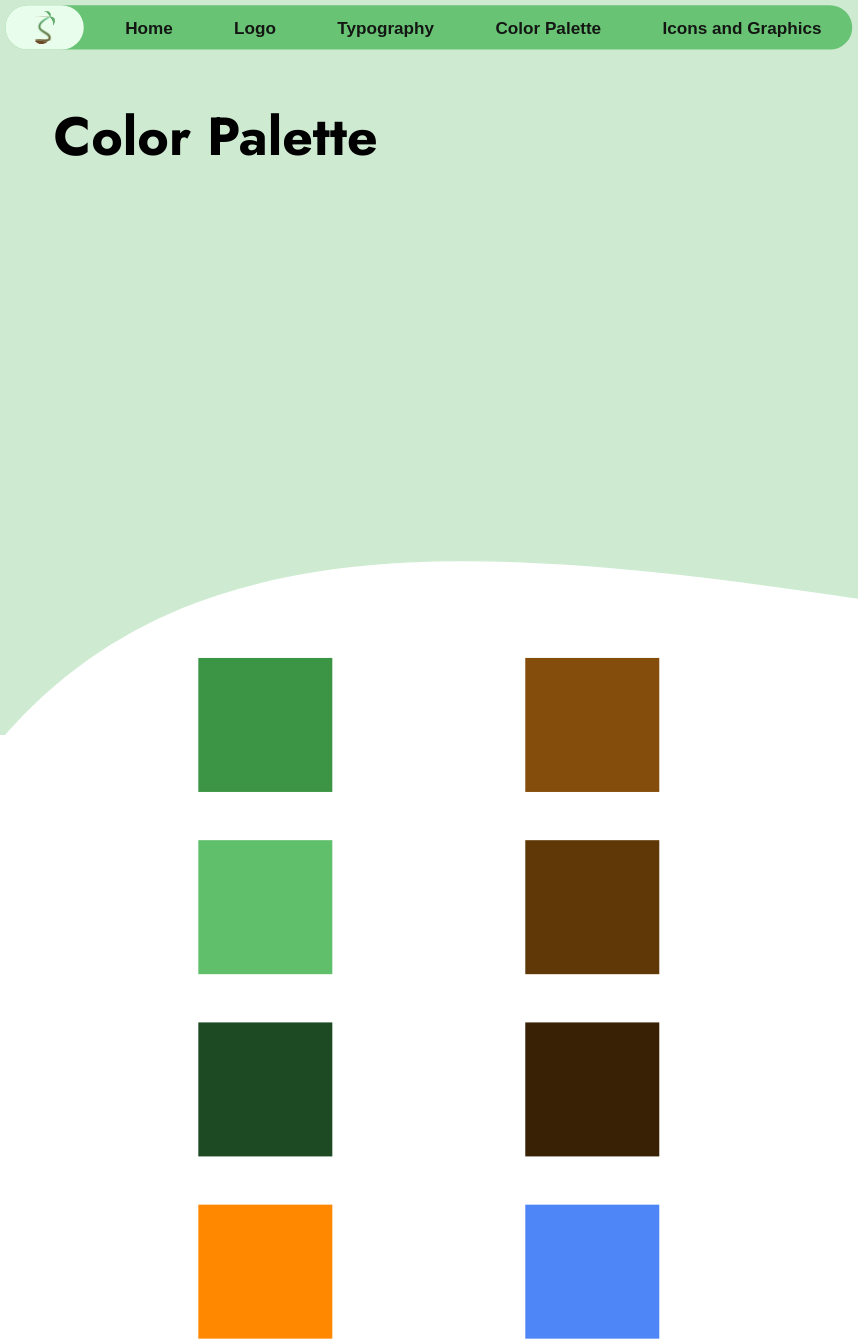
Repository: jjennbui/seedsprout_styleguide
Page: pages/colorPalette.html
These files come from the project's save history. The page is drawn as it stood at one moment and after a run of saves; the edit follows.
The browser window is 1280 px wide. The pictures show the whole page, at 67% of full size.
Some web fonts or font styles are not loaded; a fallback is used.

Above is the page before, as saved 2023-03-11 00:37:17.

After the next 2 saves:
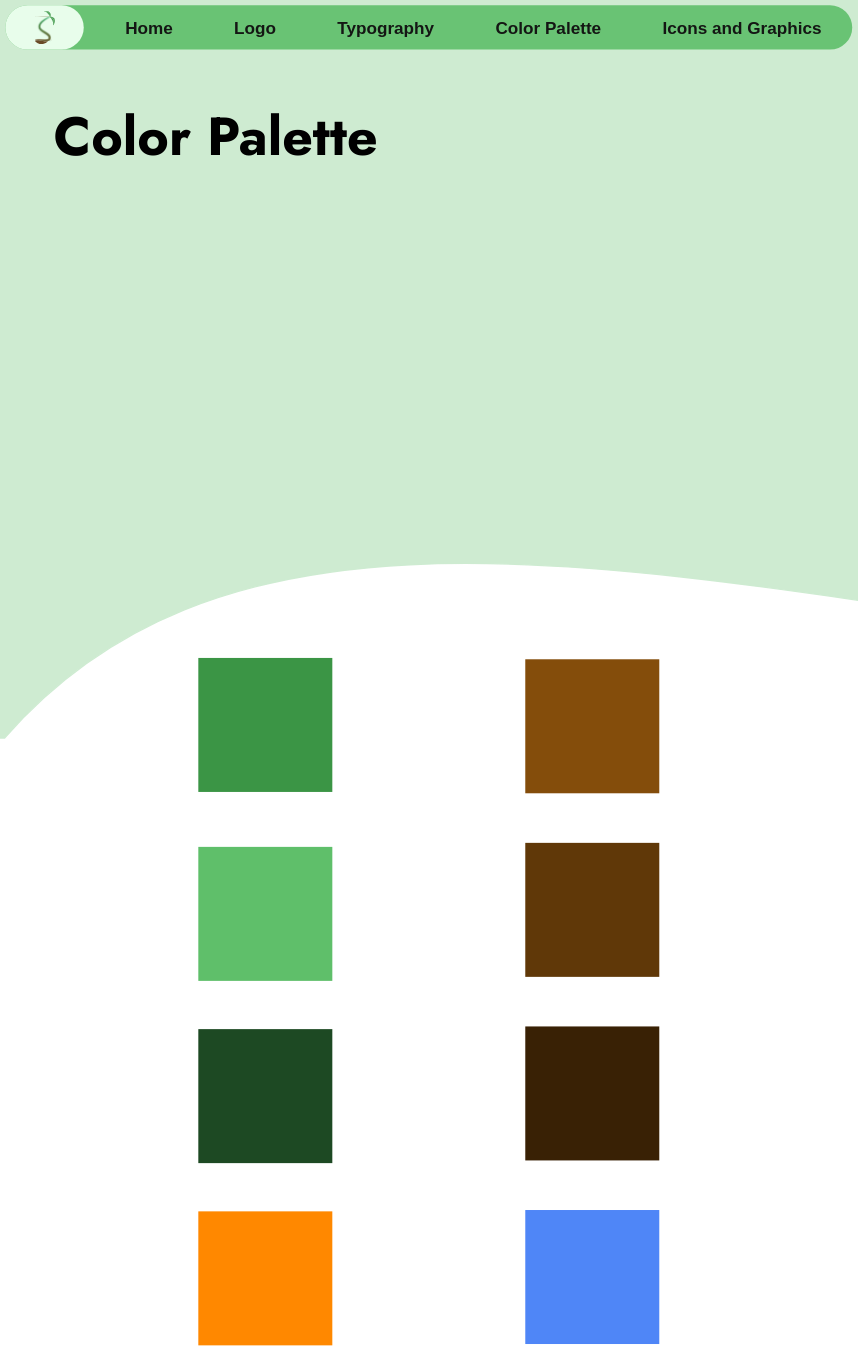
The 2 saves are shown as one change because they came seconds apart.
The last was saved 5 s later.
--- a/pages/colorPalette.html
+++ b/pages/colorPalette.html
@@ -41,7 +41,7 @@
 
     <div class="colors-container">
         <div class="left-color-container">
-            <div ><div class="color-forestgreen"></div></div>
+            <div class=" color-box-size"><div class="color-forestgreen"></div></div>
             <div class="color-mantisgreen"></div>
             <div class="color-calpolygreen"></div>
             <div class="color-darkorange"></div>

After the save that followed:
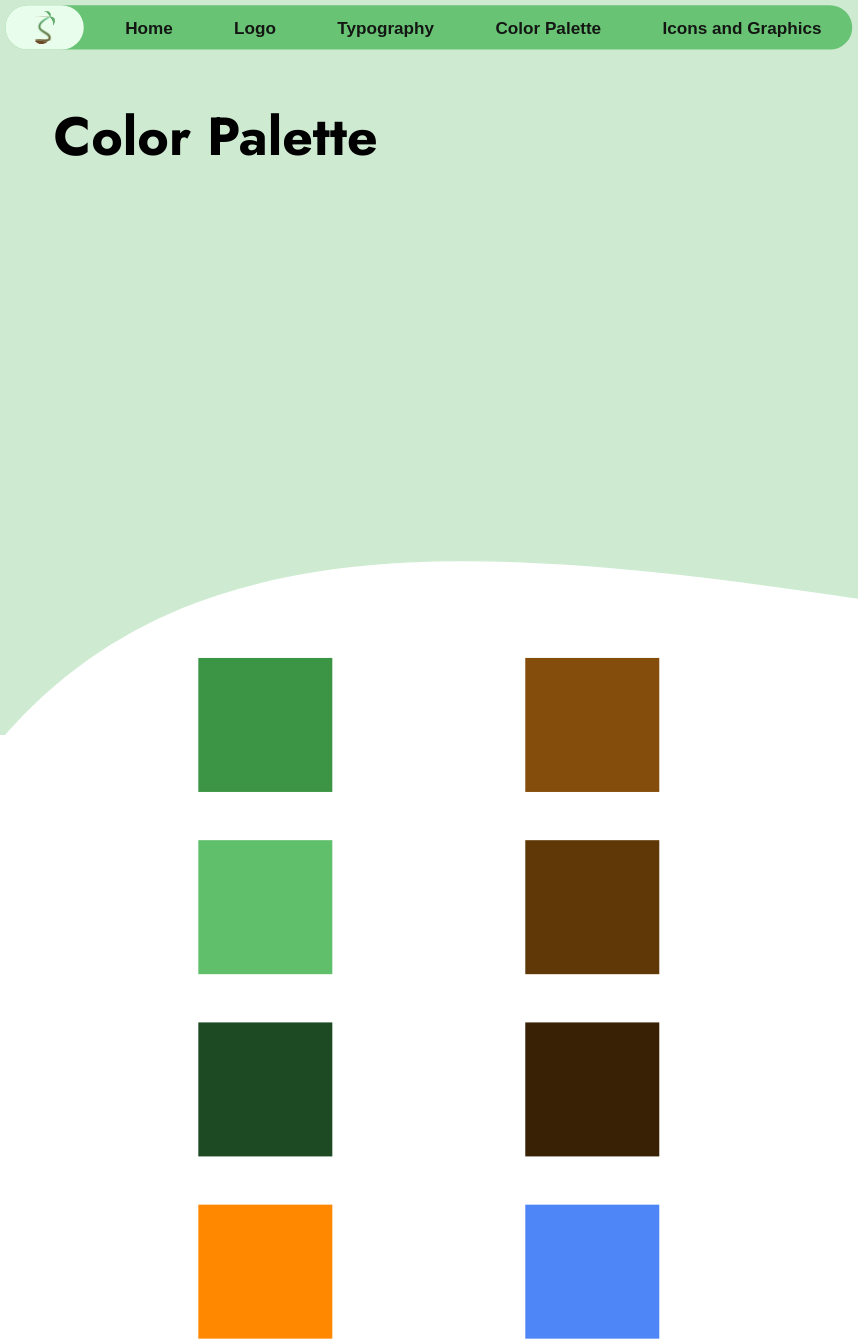
Saved 26 s later.
--- a/pages/colorPalette.html
+++ b/pages/colorPalette.html
@@ -41,7 +41,7 @@
 
     <div class="colors-container">
         <div class="left-color-container">
-            <div class=" color-box-size"><div class="color-forestgreen"></div></div>
+            <div class=" forest-box-size"><div class="color-forestgreen"></div></div>
             <div class="color-mantisgreen"></div>
             <div class="color-calpolygreen"></div>
             <div class="color-darkorange"></div>
